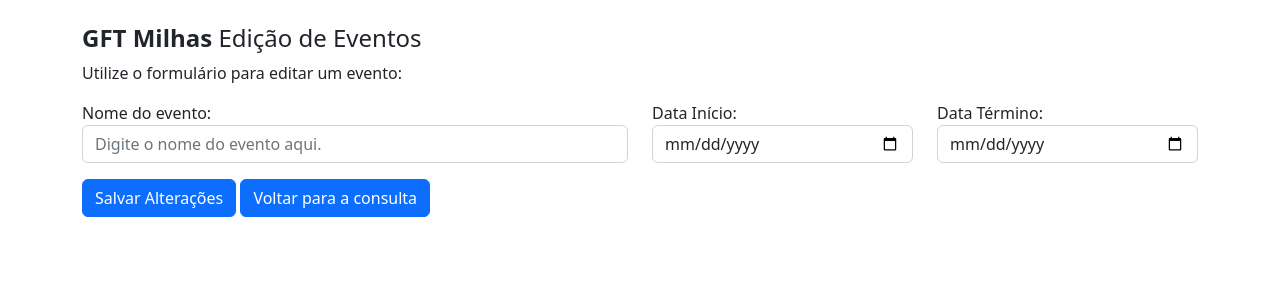
Repository: thamaraamaral/desafio_mvc1
Page: http://localhost/projeto-milhas/WEB-INF/views/eventos-edicao.jsp
An editor plug-in stored every save of this project. The page is shown before and after the next save, followed by the edit.
The browser window is 1280 px wide. The pictures show the whole page.
The page is served by Tomcat 9. Nobody is signed in. The template is opened directly, without the code that normally fills it, so the values that code supplies are empty.

Above is the page before, as saved 2022-10-27 22:26:06.

After the next save:
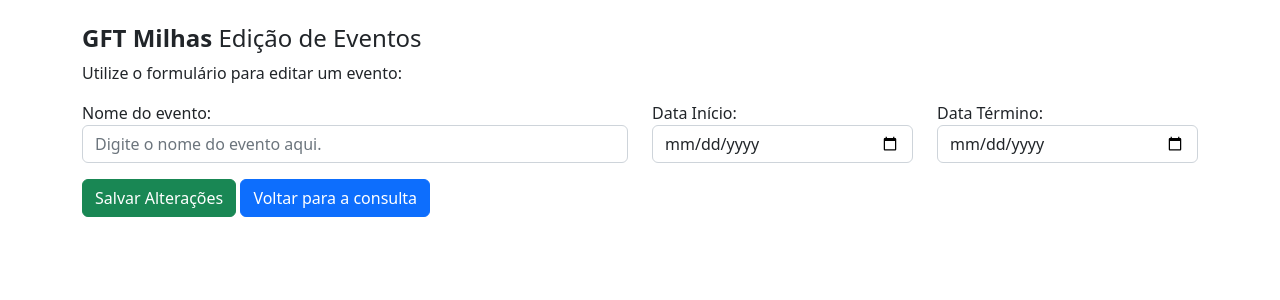
Saved 11 s later.
--- a/projeto-milhas/src/main/webapp/WEB-INF/views/eventos-edicao.jsp
+++ b/projeto-milhas/src/main/webapp/WEB-INF/views/eventos-edicao.jsp
@@ -39,7 +39,7 @@
 				</div>
 
 				<div class="mb-3">
-					<input type="submit" value="Salvar Alterações" class="btn btn-primary mt-3">
+					<input type="submit" value="Salvar Alterações" class="btn btn-success mt-3">
 
 					<a href="/projeto-milhas/eventos-consulta" class="btn btn-primary mt-3">Voltar para a consulta</a>
 				</div>
